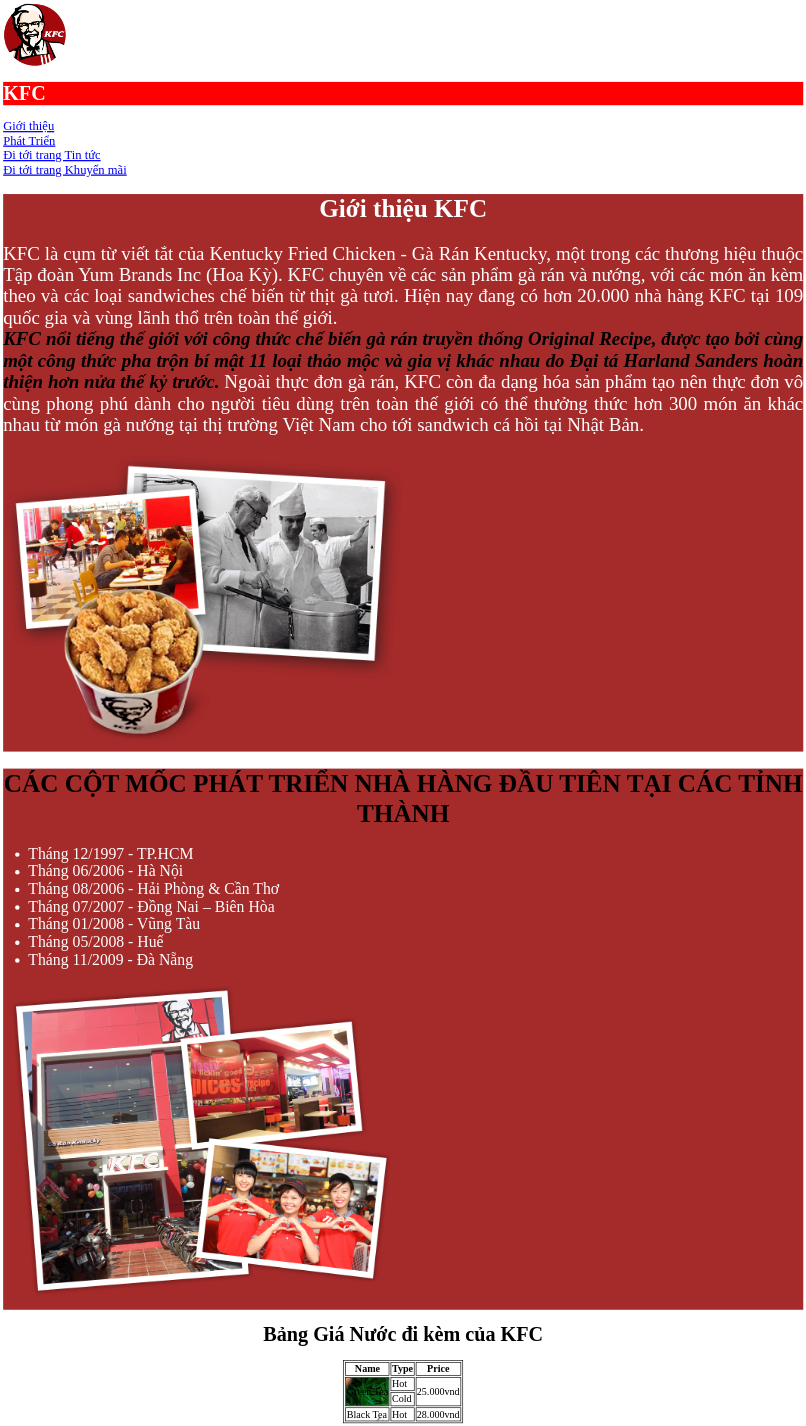
Repository: giahuy405/BC38__-BaiTapHTML_KFC__Pham_Gia_Huy
Page: index.html
These files come from the project's save history. The page is drawn as it stood at one moment and after the next save; the edit follows.
The browser window is 1280 px wide. The pictures show the whole page, at 63% of full size.

Above is the page before, as saved 2022-09-06 19:51:11.

After the next save:
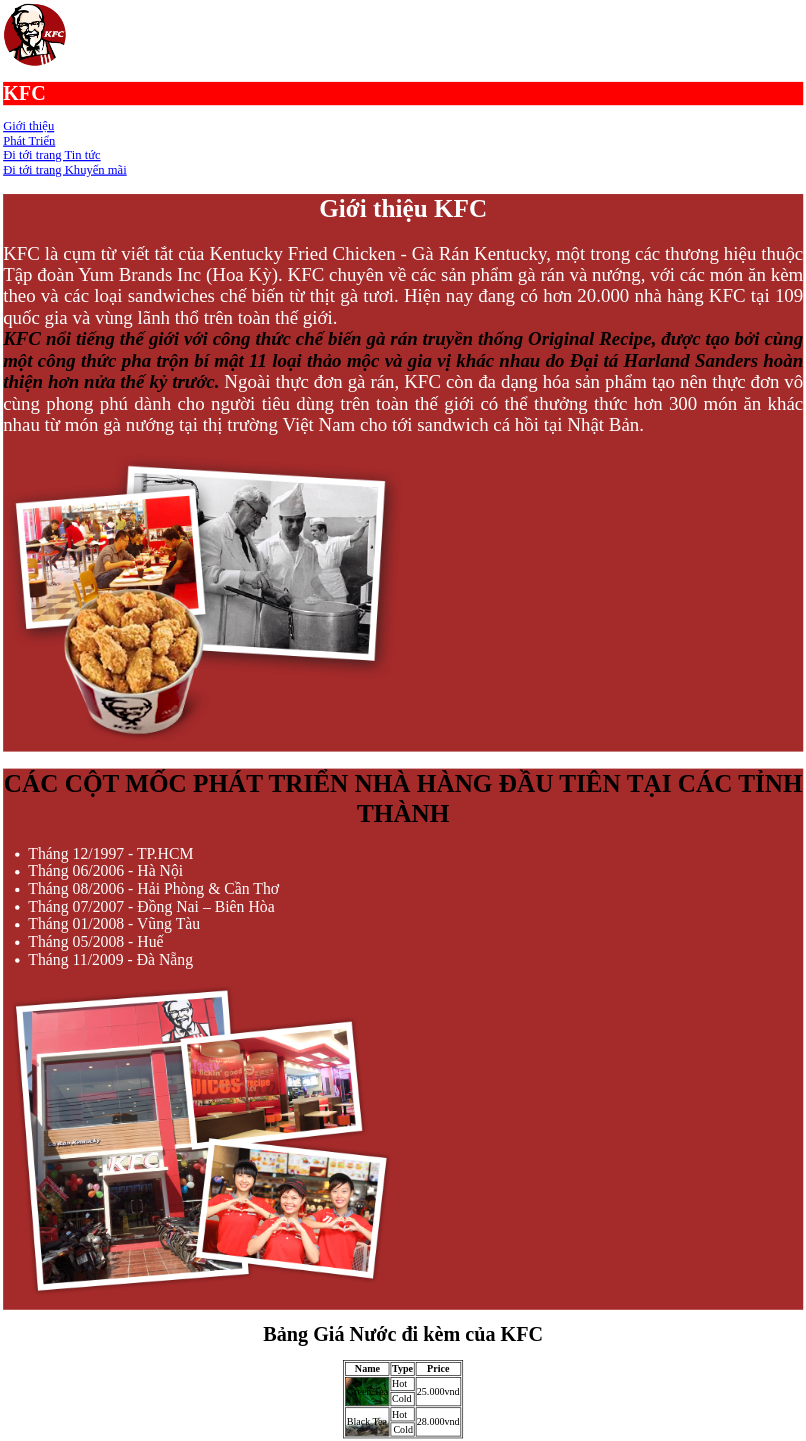
Saved 23 s later.
--- a/index.html
+++ b/index.html
@@ -70,6 +70,9 @@
                 <td>Hot</td>
                 <td rowspan="2">28.000vnd</td>
             </tr>
+            <tr>
+                <td style="text-align:right">Cold</td>
+            </tr>
         </table>
     </div>
 </body>
